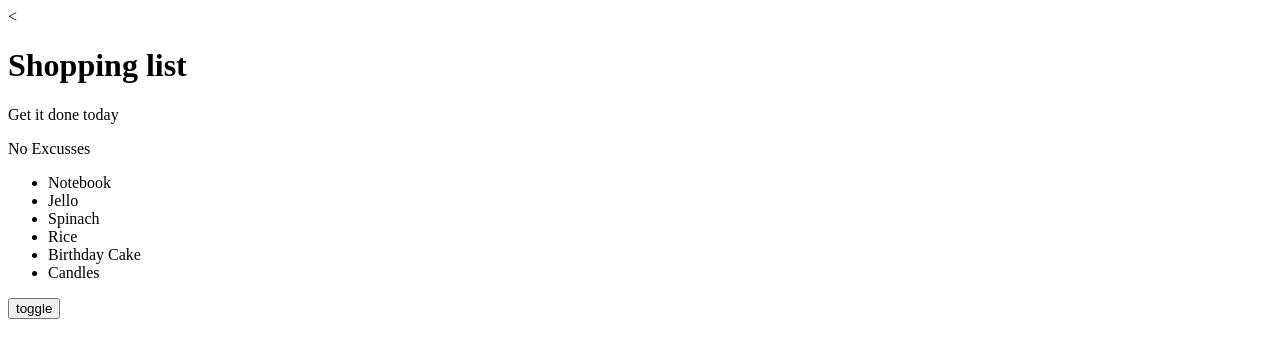
Repository: michalJanaGitHub/michalJanaGitHub.github.io
Page: projects in progress/DOM Events/index.html
These files come from the project's save history. The page is drawn as it stood at one moment and after the next save; the edit follows.
The browser window is 1280 px wide. The pictures show the whole page.

Above is the page before, as saved 2018-09-07 18:52:12.

### projects in progress/DOM Events/index.html
<<!DOCTYPE <!DOCTYPE html>
<html>
<head>
    <meta charset="utf-8" />
    <meta http-equiv="X-UA-Compatible" content="IE=edge">
    <title>JavaScript + DOM</title>
    <meta name="viewport" content="width=device-width, initial-scale=1">
    <link rel="stylesheet" type="text/css" media="screen" href="main.css" />
    <script src="main.js"></script>
</head>
<body>
    <h1>Shopping list</h1>
    <p id="first">Get it done today</p>
    <p class="second">No Excusses</p>
    <ul>
        <li random="23">Notebook</li>
        <li>Jello</li>
        <li>Spinach</li>
        <li class="fourth">Rice</li>
        <li>Birthday Cake</li>
        <li>Candles</li>

    </ul>

    <button id="but1">toggle</button>
</body>
</html>

Loaded but not shown: projects in progress/DOM Events/main.css (no stored copy; drawn as an empty file); projects in progress/DOM Events/main.js (no stored copy; drawn as an empty file)

After the next save:
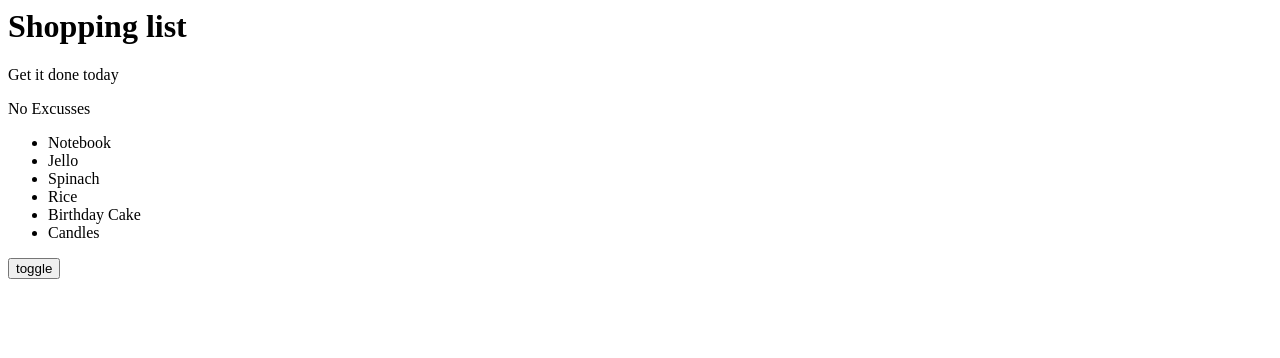
Saved 110 s later.
--- a/projects in progress/DOM Events/index.html
+++ b/projects in progress/DOM Events/index.html
@@ -1,4 +1,4 @@
-<<!DOCTYPE <!DOCTYPE html>
+<!DOCTYPE <!DOCTYPE html>
 <html>
 <head>
     <meta charset="utf-8" />
@@ -19,7 +19,6 @@
         <li class="fourth">Rice</li>
         <li>Birthday Cake</li>
         <li>Candles</li>
-
     </ul>
 
     <button id="but1">toggle</button>
